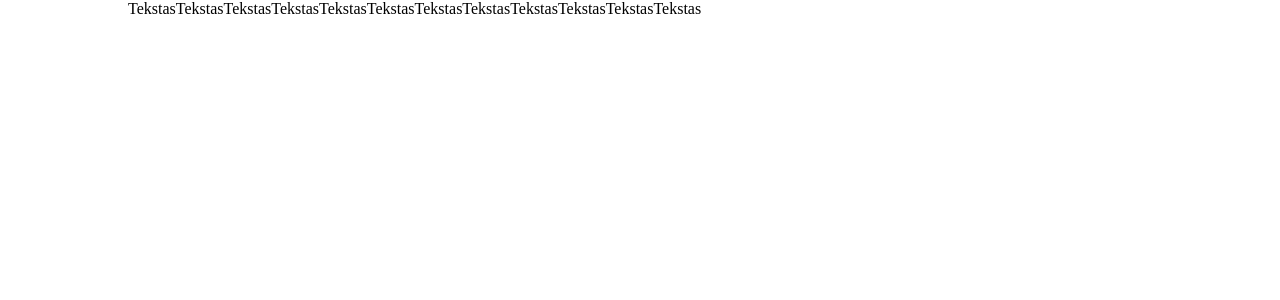
Repository: motiejus1/04-paskaita-praktine-uzduotis
Page: index.html
These files come from the project's save history. The page is drawn as it stood at one moment and after the next save; the edit follows.
The browser window is 1280 px wide. The pictures show the whole page.

Above is the page before, as saved 2021-06-05 11:43:07.

After the next save:
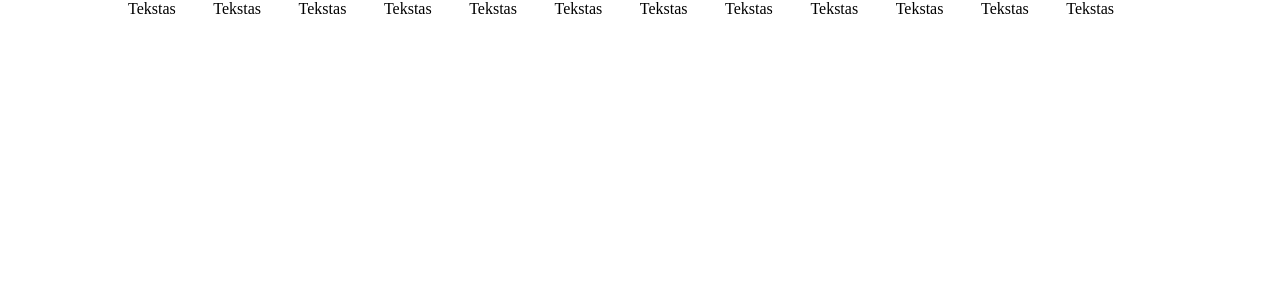
Saved 6 s later.
--- a/index.html
+++ b/index.html
@@ -16,7 +16,7 @@
 
             div {
                 float:left;
-                w
+                width: 8.33%;
             }
 
             /* Toliau atliksiu struktura */
